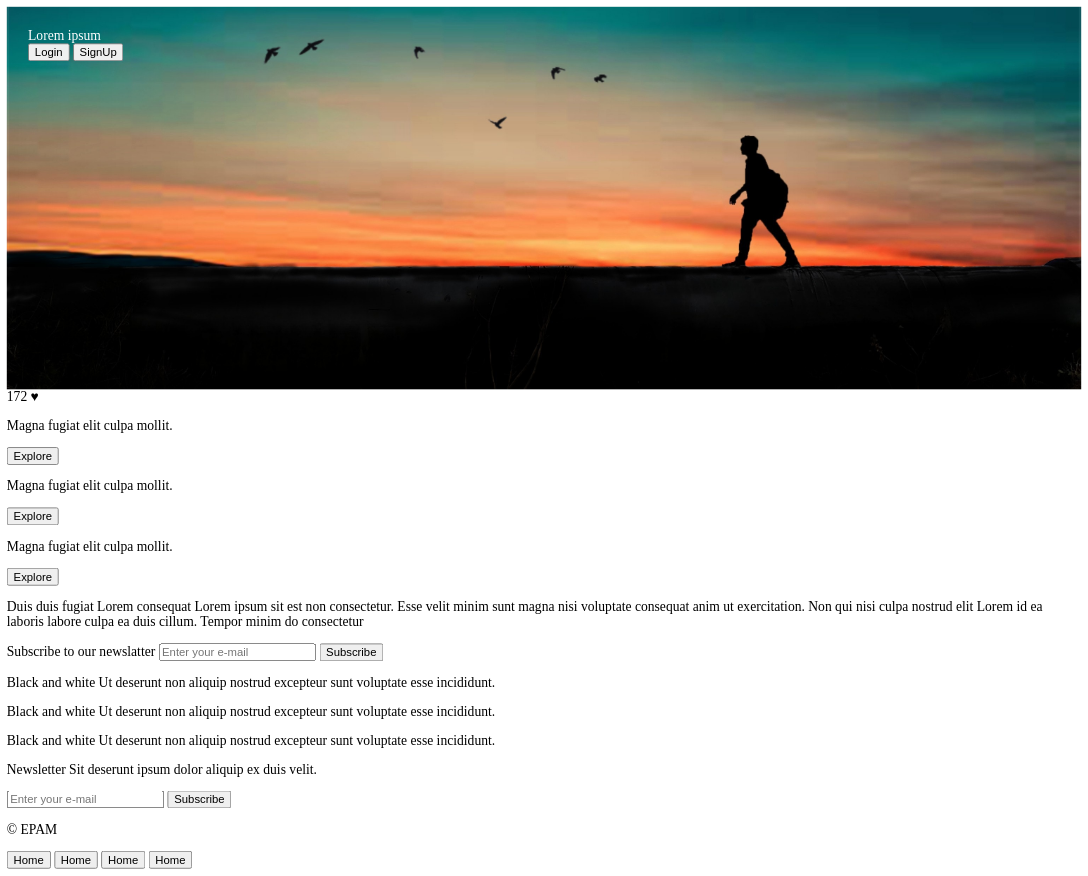
Repository: M1shkaBear/FLX
Page: FLX_homework_4/homework/index.html
The author's editor kept a copy of each file at every save. The page is drawn from the files as they stood at one save, then again after the next save.
The browser window is 1280 px wide. The pictures show the whole page, at 85% of full size.

Above is the page before, as saved 2019-01-29 04:12:59.

### FLX_homework_4/homework/index.html
<!DOCTYPE html>
<html lang="en">
  <head>
    <meta charset="UTF-8" />
    <meta name="viewport" content="width=device-width, initial-scale=1.0" />
    <meta http-equiv="X-UA-Compatible" content="ie=edge" />
    <title>Document</title>
    <link href="css/style.css" rel="stylesheet" />
  </head>
  <body>
    <header class="header">
      <section class="topHeader">
        <section class="words">Lorem ipsum</section>
        <section class="logbuttons">
          <button>Login</button> <button>SignUp</button>
        </section>
      </section>
    </header>

    <main class="main">
      <article>
        <section class="image">
          <section class="like">172 &hearts;</section>
        </section>
        <section class="column-paragraphs"></section>
      </article>
      <section class="parag-container">
        <section>
          <p>Magna fugiat elit culpa mollit.</p>
          <button class="exploreButton">Explore</button>
        </section>
        <section>
          <p>Magna fugiat elit culpa mollit.</p>
          <button class="exploreButton">Explore</button>
        </section>
        <section>
          <p>Magna fugiat elit culpa mollit.</p>
          <button class="exploreButton">Explore</button>
        </section>
      </section>
      <section class="subscParagraph">
        <section class="parform">
          <p>
            Duis duis fugiat Lorem consequat Lorem ipsum sit est non
            consectetur. Esse velit minim sunt magna nisi voluptate consequat
            anim ut exercitation. Non qui nisi culpa nostrud elit Lorem id ea
            laboris labore culpa ea duis cillum. Tempor minim do consectetur
          </p>
        </section>
        <section class="formforsubs">
          <form class="newslatter">
            <label>Subscribe to our newslatter</label>
            <input
              class="subsig"
              type="email"
              placeholder="Enter your e-mail"
            />
            <button class="subsbtn">Subscribe</button>
          </form>
        </section>
      </section>
    </main>

    <footer class="footer">
      <section class="about">
        <section class="paragraphs">
          <p>
            Black and white Ut deserunt non aliquip nostrud excepteur sunt
            voluptate esse incididunt.
          </p>
          <p>
            Black and white Ut deserunt non aliquip nostrud excepteur sunt
            voluptate esse incididunt.
          </p>
          <p>
            Black and white Ut deserunt non aliquip nostrud excepteur sunt
            voluptate esse incididunt.
          </p>
        </section>
        <section class="news">
          <p>Newsletter Sit deserunt ipsum dolor aliquip ex duis velit.</p>
          <form class="subscribe">
            <input
              class="emailvpiska"
              type="email"
              placeholder="Enter your e-mail"
            />
            <button class="button">Subscribe</button>
          </form>
        </section>
      </section>

      <section class="footer-menu">
        <p>&copy; EPAM</p>

        <section class="footer-navigation">
          <button class="btn">Home</button> <button class="btn">Home</button>
          <button class="btn">Home</button> <button class="btn">Home</button>
        </section>
      </section>
    </footer>
  </body>
</html>

### FLX_homework_4/homework/css/style.css
.header {
  min-height: 400px;
  background-image: url("../img/sample2.jpg");
  background-size: cover;
  background-position: bottom;
  color: white;
  padding: 25px;
}

After the next save:
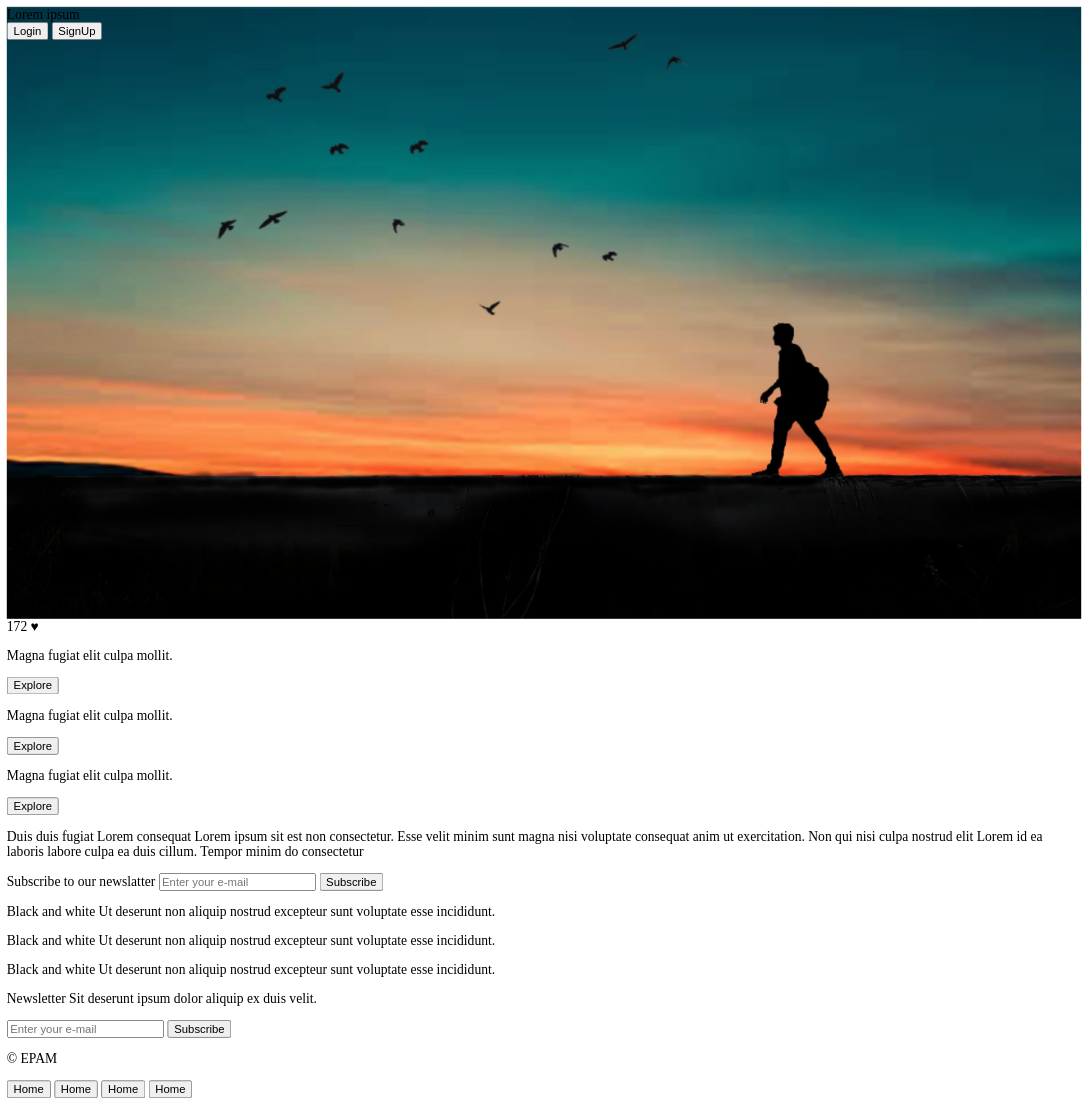
Saved 48 s later.
--- a/FLX_homework_4/homework/css/style.css
+++ b/FLX_homework_4/homework/css/style.css
@@ -1,8 +1,6 @@
 .header {
-  min-height: 400px;
   background-image: url("../img/sample2.jpg");
+  background-position: center;
   background-size: cover;
-  background-position: bottom;
-  color: white;
-  padding: 25px;
+  height: 100vh;
 }
